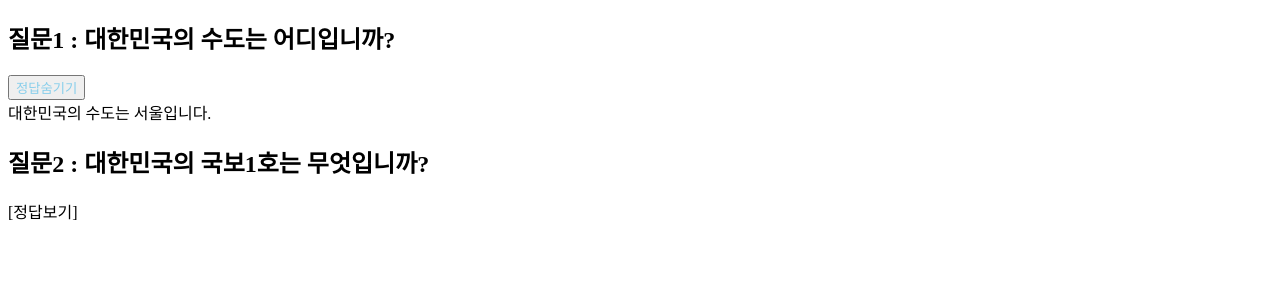
Repository: yoojisoo/YONSAI
Page: http://localhost/teatJava/html/script05.jsp
The author's editor kept a copy of each file at every save. The page is drawn from the files as they stood at one save, then again after the next save.
The browser window is 1280 px wide. The pictures show the whole page.
After loading, the first visible `button.q1` was clicked once.
The page is served by Tomcat 9.

Above is the page before, as saved 2021-08-20 05:40:36.

### jsworkspace/teatJava/src/main/webapp/html/script05.jsp
<%@ page language="java" contentType="text/html; charset=UTF-8"
    pageEncoding="UTF-8"%>
<!DOCTYPE html>
<html>
<head>
<meta charset="UTF-8">
<title>정답보기</title>
<script src="../js/jquery-3.6.0.js"></script> <!--제이쿼리라이브러리-->
<script>
	var count1=0;
	var count2=0;
	$(document).ready(function(){
		$("ans").hide();
		$("button.q1").click(function(){
			count1++;
				if(count1%2==1){
					$("ans.q1").show();
					$("button.q1").text("정답숨기기");
					$("button.q1").css("color","skyblue");

				}else{
					$("ans.q1").hide();
					$("button.q1").text("정답보기");
				}
		});
		$("p.q2").click(function(){
			count2++;
				if(count2%2==1){
					$("ans.q2").show();

				}else{
					$("ans.q2").hide();
				}
		});
	});
</script>
</head>
<body>
	<h2>질문1 : 대한민국의 수도는 어디입니까?</h2>
		<button class="q1">정답보기</button><br>
		<ans class="q1">대한민국의 수도는 서울입니다.</ans>


	<h2>질문2 : 대한민국의 국보1호는 무엇입니까?</h2>
		<p class="q2">[정답보기]</p>
		<ans class="q2">대한민국의 국보1호는 숭례문입니다.</ans>
</body>
</html>

Loaded but not shown: jsworkspace/teatJava/src/main/webapp/js/jquery-3.6.0.js (library)

After the next save:
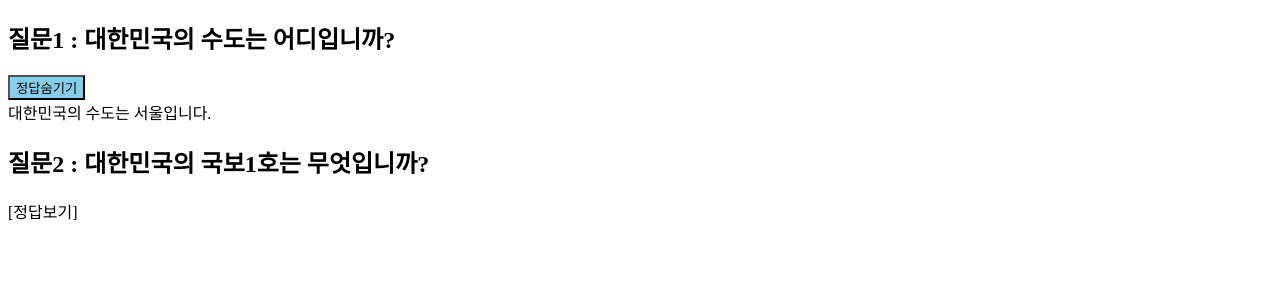
Saved 17 s later.
--- a/jsworkspace/teatJava/src/main/webapp/html/script05.jsp
+++ b/jsworkspace/teatJava/src/main/webapp/html/script05.jsp
@@ -16,7 +16,7 @@
 				if(count1%2==1){
 					$("ans.q1").show();
 					$("button.q1").text("정답숨기기");
-					$("button.q1").css("color","skyblue");
+					$("button.q1").css("background-color","skyblue");
 
 				}else{
 					$("ans.q1").hide();
